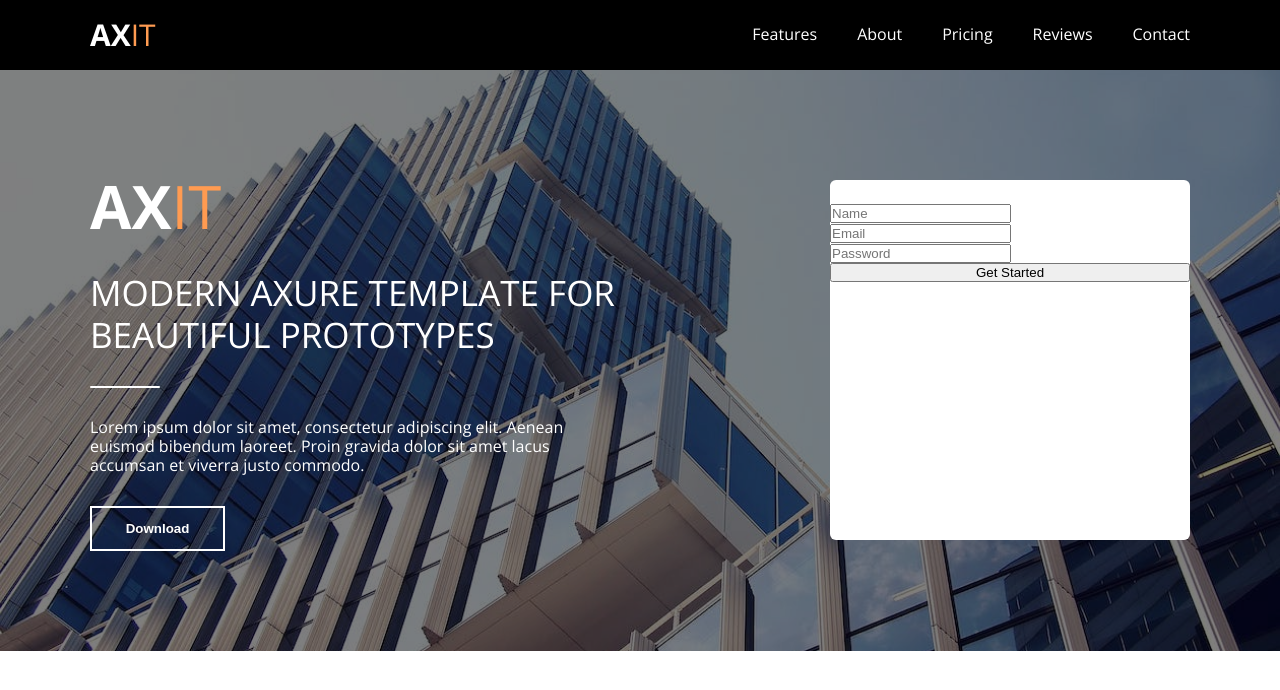
Repository: dinhtri123/axureThems
Page: index.html
The author's editor kept a copy of each file at every save. The page is drawn from the files as they stood at one save, then again after a run of saves.
The browser window is 1280 px wide. The pictures show the whole page.

Above is the page before, as saved 2023-02-11 15:17:57.

After the next 2 saves:
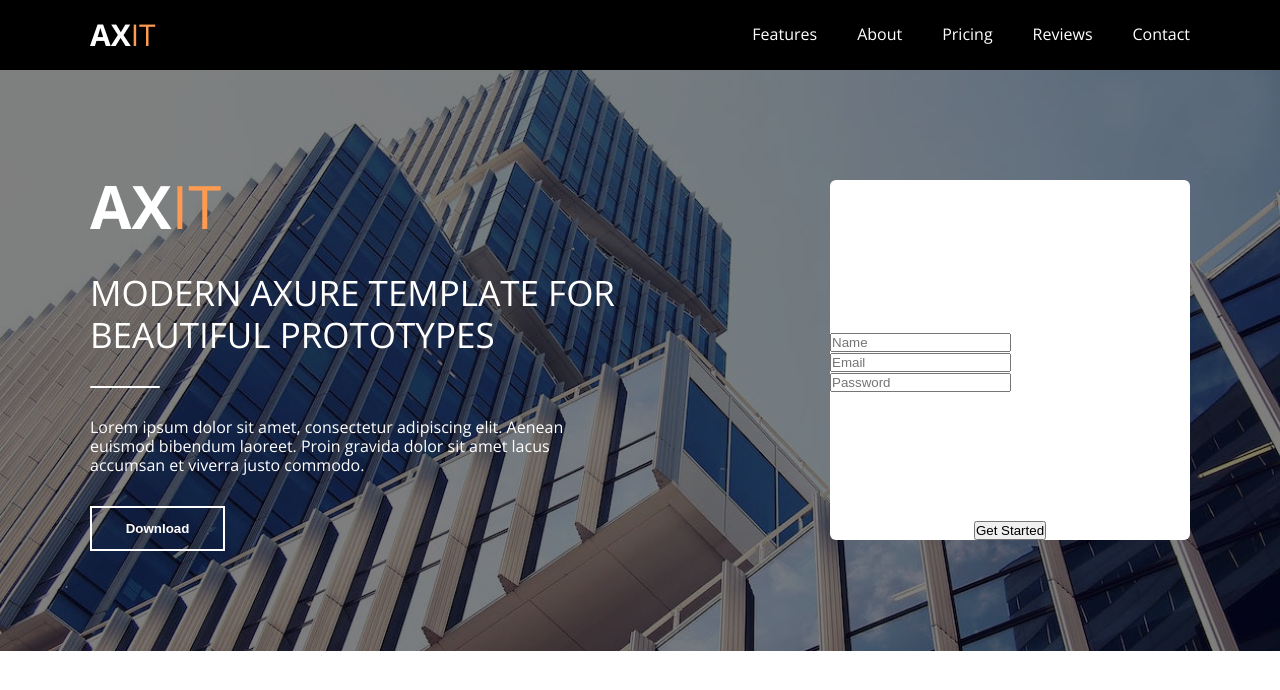
The 2 saves are shown as one change because they came seconds apart.
The last was saved 8 s later.
--- a/style.css
+++ b/style.css
@@ -135,5 +135,6 @@ nav ul li a {
     background:var(--bg-white);
     display: flex;
     flex-direction: column;
-    justify-content: space;
+    justify-content: space-between;
+    align-items: center;
 }
